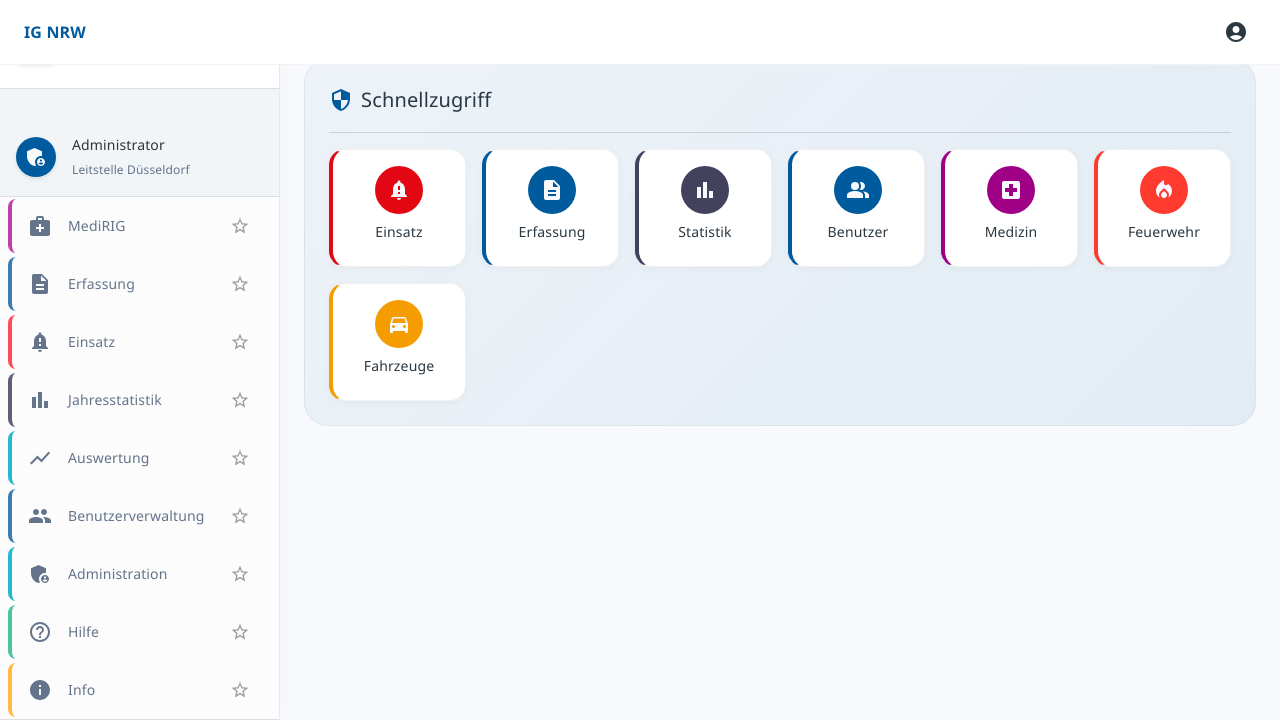
Repository: bynrw/sidebar
Page: /
An editor plug-in stored every save of this project. The page is shown before and after the next save, followed by the edit.
The browser window is 1280 px wide. The pictures show the whole page.
The project was rebuilt for these pictures with package versions that can differ from the ones it lists, and the page was loaded fresh each time. Also part of the build but not shown: src/components/layout/CustomCard.js, src/components/pages/Info.js, src/components/pages/Jahresstatistik.js.

Above is the page before, as saved 2025-04-22 12:13:33.

### public/index.html
<!DOCTYPE html>
<html lang="en">
  <head>
    <meta charset="utf-8" />
    <link rel="icon" href="%PUBLIC_URL%/favicon.ico" />
    <meta name="viewport" content="width=device-width, initial-scale=1" />
    <meta name="theme-color" content="#000000" />
    <meta
      name="description"
      content="Modern React Application with Material UI"
    />
    <link rel="apple-touch-icon" href="%PUBLIC_URL%/logo192.png" />
    <link rel="manifest" href="%PUBLIC_URL%/manifest.json" />
    <link
      rel="stylesheet"
      href="https://fonts.googleapis.com/css?family=Roboto:300,400,500,700&display=swap"
    />
    <title>React App with Modern Sidebar</title>
  </head>
  <body>
    <noscript>You need to enable JavaScript to run this app.</noscript>
    <div id="root"></div>
  </body>
</html>

### src/index.js
import React from 'react';
import ReactDOM from 'react-dom/client';
import { BrowserRouter } from 'react-router-dom';
import App from './App';
import { CssBaseline } from '@mui/material';
import { ThemeProvider, createTheme } from '@mui/material/styles';

// Create a theme instance with modern colors
const theme = createTheme({
  palette: {
    primary: {
      main: '#1976d2',
    },
    secondary: {
      main: '#dc004e',
    },
    background: {
      default: '#f5f5f5',
    },
  },
  typography: {
    fontFamily: '"Roboto", "Helvetica", "Arial", sans-serif',
  },
});

const root = ReactDOM.createRoot(document.getElementById('root'));
root.render(
  <React.StrictMode>
    <ThemeProvider theme={theme}>
      <CssBaseline />
      <BrowserRouter>
        <App />
      </BrowserRouter>
    </ThemeProvider>
  </React.StrictMode>
);

### src/App.js
import React from 'react';
import { Routes, Route } from 'react-router-dom';
import { ThemeProvider, CssBaseline } from '@mui/material';
import theme from './theme';

// Layout
import MainLayout from './components/layout/MainLayout';

// Pages
import HomePage from './components/pages/HomePage';
import Erfassung from './components/pages/Erfassung';
import Auswertung from './components/pages/Auswertung';
import Administration from './components/pages/Administration';
import Hilfe from './components/pages/Hilfe';
import Info from './components/pages/Info';
import Einsatz from './components/pages/Einsatz';
import Benutzerverwaltung from './components/pages/Benutzerverwaltung';
import MediRIG from './components/pages/MediRIG';
import Jahresstatistik from './components/pages/Jahresstatistik';

function App() {
  return (
    <ThemeProvider theme={theme}>
      <CssBaseline />
      <Routes>
        <Route path="/" element={<MainLayout />}>
          <Route index element={<HomePage />} />
          <Route path="erfassung/*" element={<Erfassung />} />
          <Route path="medirig/*" element={<MediRIG />} />
          <Route path="auswertung/*" element={<Auswertung />} />
          <Route path="administration/*" element={<Administration />} />
          <Route path="hilfe/*" element={<Hilfe />} />
          <Route path="info/*" element={<Info />} />
          <Route path="einsatz/*" element={<Einsatz />} />
          <Route path="benutzerverwaltung/*" element={<Benutzerverwaltung />} />
          <Route path="jahresstatistik/*" element={<Jahresstatistik />} />
        </Route>
      </Routes>
    </ThemeProvider>
  );
}

export default App;

### src/components/pages/HomePage.js
import React from 'react';
import {
  Box,
  Typography,
  Grid,
  Paper,
  Card,
  CardContent,
  Avatar,
  Divider,
  useTheme
} from '@mui/material';
import { useNavigate } from 'react-router-dom';
import NotificationImportantIcon from '@mui/icons-material/NotificationImportant';
import PeopleAltIcon from '@mui/icons-material/PeopleAlt';
import LocalHospitalIcon from '@mui/icons-material/LocalHospital';
import DirectionsCarIcon from '@mui/icons-material/DirectionsCar';
import LocalFireDepartmentIcon from '@mui/icons-material/LocalFireDepartment';
import DescriptionIcon from '@mui/icons-material/Description';
import BarChartIcon from '@mui/icons-material/BarChart';
import SecurityIcon from '@mui/icons-material/Security';

// Schnellzugriff-Komponente
const QuickAccessButton = ({ icon, title, path, color, borderStyle }) => {
  const navigate = useNavigate();
  const theme = useTheme();

  return (
    <Card
      elevation={0}
      sx={{
        textAlign: 'center',
        height: '100%',
        cursor: 'pointer',
        borderRadius: 2,
        border: '1px solid rgba(0,0,0,0.05)',
        '&:hover': {
          boxShadow: '0 4px 12px rgba(0,0,0,0.08)',
          transform: 'translateY(-4px)'
        },
        transition: 'transform 0.2s, box-shadow 0.2s',
        ...borderStyle
      }}
      onClick={() => navigate(path)}
    >
      <CardContent sx={{ p: 2 }}>
        <Avatar
          sx={{
            width: 48,
            height: 48,
            mx: 'auto',
            mb: 1,
            bgcolor: theme.palette[color].main
          }}
        >
          {icon}
        </Avatar>
        <Typography variant="body2" fontWeight="medium">
          {title}
        </Typography>
      </CardContent>
    </Card>
  );
};

// Hauptkomponente
function HomePage() {
  const theme = useTheme();

  return (
    <Box>
      {/* Hauptinhalt - nur Schnellzugriff */}
      <Paper
        elevation={0}
        sx={{
          p: 3,
          borderRadius: 3,
          background: 'linear-gradient(135deg, rgba(0, 90, 158, 0.04) 0%, rgba(0, 90, 158, 0.08) 100%)',
          border: '1px solid rgba(0,0,0,0.05)'
        }}
      >
        <Typography variant="h6" gutterBottom sx={{ display: 'flex', alignItems: 'center' }}>
          <SecurityIcon sx={{ mr: 1, color: theme.palette.primary.main }} />
          Schnellzugriff
        </Typography>
        <Divider sx={{ my: 2 }} />
        <Grid container spacing={2}>
          <Grid item xs={6} sm={3} md={2}>
            <QuickAccessButton
              icon={<NotificationImportantIcon />}
              title="Einsatz"
              path="/einsatz"
              color="error"
              borderStyle={{ borderLeft: `4px solid ${theme.palette.error.main}` }}
            />
          </Grid>
          <Grid item xs={6} sm={3} md={2}>
            <QuickAccessButton
              icon={<DescriptionIcon />}
              title="Erfassung"
              path="/erfassung"
              color="primary"
              borderStyle={{ borderLeft: `4px solid ${theme.palette.primary.main}` }}
            />
          </Grid>
          <Grid item xs={6} sm={3} md={2}>
            <QuickAccessButton
              icon={<BarChartIcon />}
              title="Statistik"
              path="/auswertung/statistiken"
              color="secondary"
              borderStyle={{ borderLeft: `4px solid ${theme.palette.secondary.main}` }}
            />
          </Grid>
          <Grid item xs={6} sm={3} md={2}>
            <QuickAccessButton
              icon={<PeopleAltIcon />}
              title="Benutzer"
              path="/benutzerverwaltung"
              color="primary"
              borderStyle={{ borderLeft: `4px solid ${theme.palette.primary.main}` }}
            />
          </Grid>
          <Grid item xs={6} sm={3} md={2}>
            <QuickAccessButton
              icon={<LocalHospitalIcon />}
              title="Medizin"
              path="/erfassung/sirene"
              color="medical"
              borderStyle={{ borderLeft: `4px solid ${theme.palette.medical.main}` }}
            />
          </Grid>
          <Grid item xs={6} sm={3} md={2}>
            <QuickAccessButton
              icon={<LocalFireDepartmentIcon />}
              title="Feuerwehr"
              path="/einsatz/planung"
              color="fire"
              borderStyle={{ borderLeft: `4px solid ${theme.palette.fire.main}` }}
            />
          </Grid>
          <Grid item xs={6} sm={3} md={2}>
            <QuickAccessButton
              icon={<DirectionsCarIcon />}
              title="Fahrzeuge"
              path="/einsatz/fahrzeuge"
              color="warning"
              borderStyle={{ borderLeft: `4px solid ${theme.palette.warning.main}` }}
            />
          </Grid>
        </Grid>
      </Paper>
    </Box>
  );
}

export default HomePage;

### src/components/pages/Hilfe.js
import React from 'react';
import { Box, Typography, Paper, Breadcrumbs, Link, Container, Grid, Card, CardContent, CardActions, Button } from '@mui/material';
import { Routes, Route, Link as RouterLink, useLocation, useNavigate } from 'react-router-dom';
import NavigateNextIcon from '@mui/icons-material/NavigateNext';
import MenuBookIcon from '@mui/icons-material/MenuBook';
import SchoolIcon from '@mui/icons-material/School';
import QuestionAnswerIcon from '@mui/icons-material/QuestionAnswer';
import theme from '../../theme';

// Untermenü-Struktur
const subMenuItems = [
  {
    title: 'Dokumentation',
    description: 'Vollständige Systemdokumentation einsehen',
    icon: <MenuBookIcon fontSize="large" sx={{ color: 'success.main' }} />,
    path: '/hilfe/dokumentation'
  },
  {
    title: 'Tutorial',
    description: 'Schritt-für-Schritt Anleitungen folgen',
    icon: <SchoolIcon fontSize="large" sx={{ color: 'success.main' }} />,
    path: '/hilfe/tutorial'
  },
  {
    title: 'FAQ',
    description: 'Antworten auf häufig gestellte Fragen',
    icon: <QuestionAnswerIcon fontSize="large" sx={{ color: 'success.main' }} />,
    path: '/hilfe/faq'
  }
];

// Subpages
const Dokumentation = () => (
  <Paper sx={{ p: 3 }}>
    <Typography variant="h5" gutterBottom>Dokumentation</Typography>
    <Typography variant="body1">Ausführliche Dokumentation zum System.</Typography>
  </Paper>
);

const Tutorial = () => (
  <Paper sx={{ p: 3 }}>
    <Typography variant="h5" gutterBottom>Tutorial</Typography>
    <Typography variant="body1">Schritt-für-Schritt Anleitungen für Systemfunktionen.</Typography>
  </Paper>
);

const FAQ = () => (
  <Paper sx={{ p: 3 }}>
    <Typography variant="h5" gutterBottom>FAQ</Typography>
    <Typography variant="body1">Häufig gestellte Fragen und deren Antworten.</Typography>
  </Paper>
);

function Hilfe() {
  const location = useLocation();
  const navigate = useNavigate();
  const pathSegments = location.pathname.split('/').filter(Boolean);

  return (
    <Container maxWidth="lg">
      <Box sx={{ mb: 4 }}>
        <Typography variant="h4" gutterBottom>Hilfe</Typography>
        <Breadcrumbs
          separator={<NavigateNextIcon fontSize="small" />}
          aria-label="breadcrumb"
          sx={{ mb: 3 }}
        >
          <Link component={RouterLink} to="/" underline="hover" color="inherit">
            Home
          </Link>
          <Link component={RouterLink} to="/hilfe" underline="hover" color="inherit">
            Hilfe
          </Link>
          {pathSegments.length > 1 && (
            <Typography color="text.primary">
              {pathSegments[1].charAt(0).toUpperCase() + pathSegments[1].slice(1)}
            </Typography>
          )}
        </Breadcrumbs>
      </Box>

      <Box sx={{ mb: 3 }}>
        <Routes>
          <Route index element={
            <Box>
              <Typography variant="h5" gutterBottom sx={{ mb: 3 }}>Hilfebereich</Typography>
              <Typography variant="body1" paragraph>
                In diesem Bereich finden Sie Hilfestellungen, Dokumentationen und Tutorials zur Verwendung des Systems.
              </Typography>

              <Grid container spacing={3}>
                {subMenuItems.map((item) => (
                  <Grid item xs={12} sm={6} md={4} key={item.title}>
                    <Card
                      sx={{
                        height: '100%',
                        display: 'flex',
                        flexDirection: 'column',
                        transition: 'transform 0.2s, box-shadow 0.2s',
                        '&:hover': {
                          transform: 'translateY(-5px)',
                          boxShadow: 4,
                        },
                        cursor: 'pointer',
                        borderRadius: 3,
                        border: '1px solid rgba(0,0,0,0.05)',
                        borderLeft: `4px solid ${theme.palette.success.main}`
                      }}
                      onClick={() => navigate(item.path)}
                    >
                      <CardContent sx={{ padding: 3, flexGrow: 1, display: 'flex', flexDirection: 'column', alignItems: 'center', textAlign: 'center' }}>
                        <Box sx={{ mb: 2, display: 'flex', justifyContent: 'center' }}>
                          {item.icon}
                        </Box>
                        <Typography variant="h6" component="h2" gutterBottom>
                          {item.title}
                        </Typography>
                        <Typography variant="body2" color="text.secondary">
                          {item.description}
                        </Typography>
                      </CardContent>
                      <CardActions sx={{ justifyContent: 'center', pb: 2 }}>
                        <Button size="small" color="success" onClick={() => navigate(item.path)}>
                          Öffnen
                        </Button>
                      </CardActions>
                    </Card>
                  </Grid>
                ))}
              </Grid>
            </Box>
          } />
          <Route path="dokumentation" element={<Dokumentation />} />
          <Route path="tutorial" element={<Tutorial />} />
          <Route path="faq" element={<FAQ />} />
        </Routes>
      </Box>
    </Container>
  );
}

export default Hilfe;

### src/components/pages/MediRIG.js
import React from 'react';
import { Box, Typography, Paper, Breadcrumbs, Link, Container, Grid } from '@mui/material';
import { Routes, Route, Link as RouterLink, useLocation, useNavigate } from 'react-router-dom';
import NavigateNextIcon from '@mui/icons-material/NavigateNext';
import PeopleAltIcon from '@mui/icons-material/PeopleAlt';
import LocalHospitalIcon from '@mui/icons-material/LocalHospital';
import SearchIcon from '@mui/icons-material/Search';
import CustomCard from '../layout/CustomCard';

// MediRIG Untermenüs
const mediRIGSubMenuItems = [
  {
    title: 'Teilnehmer Bettnachweis',
    description: 'Verwaltung der Teilnehmer am Bettennachweis',
    icon: <PeopleAltIcon fontSize="large" sx={{ color: 'medical.main' }} />,
    path: '/medirig/teilnehmer-bettnachweis',
    borderStyle: {
      borderLeft: '4px solid',
      borderColor: 'medical.main'
    }
  },
  {
    title: 'Krankenhausdaten',
    description: 'Daten der Krankenhäuser verwalten',
    icon: <LocalHospitalIcon fontSize="large" sx={{ color: 'medical.main' }} />,
    path: '/medirig/krankenhausdaten',
    borderStyle: {
      borderLeft: '4px solid',
      borderColor: 'medical.main'
    }
  },
  {
    title: 'Krankenhaussuche',
    description: 'Krankenhäuser nach verschiedenen Kriterien suchen',
    icon: <SearchIcon fontSize="large" sx={{ color: 'medical.main' }} />,
    path: '/medirig/krankenhaussuche',
    borderStyle: {
      borderLeft: '4px solid',
      borderColor: 'medical.main'
    }
  }
];

// MediRIG Subcomponents
const TeilnehmerBettnachweis = () => (
  <Paper sx={{ p: 3 }}>
    <Typography variant="h5" gutterBottom>Teilnehmer Bettnachweis</Typography>
    <Typography variant="body1">Verwaltung und Übersicht aller Teilnehmer am Bettennachweis.</Typography>
  </Paper>
);

const Krankenhausdaten = () => (
  <Paper sx={{ p: 3 }}>
    <Typography variant="h5" gutterBottom>Krankenhausdaten</Typography>
    <Typography variant="body1">Hier können Sie die Daten der Krankenhäuser einsehen und bearbeiten.</Typography>
  </Paper>
);

const Krankenhaussuche = () => (
  <Paper sx={{ p: 3 }}>
    <Typography variant="h5" gutterBottom>Krankenhaussuche</Typography>
    <Typography variant="body1">Suchen Sie nach Krankenhäusern anhand verschiedener Kriterien.</Typography>
  </Paper>
);

function MediRIG() {
  const location = useLocation();
  const navigate = useNavigate();
  const pathSegments = location.pathname.split('/').filter(Boolean);

  return (
    <Container maxWidth="lg">
      <Box sx={{ mb: 4 }}>
        <Typography variant="h4" gutterBottom>MediRIG</Typography>
        <Breadcrumbs
          separator={<NavigateNextIcon fontSize="small" />}
          aria-label="breadcrumb"
          sx={{ mb: 3 }}
        >
          <Link component={RouterLink} to="/" underline="hover" color="inherit">
            Home
          </Link>
          <Link component={RouterLink} to="/medirig" underline="hover" color="inherit">
            MediRIG
          </Link>
          {pathSegments.length > 1 && (
            <Typography color="text.primary">
              {pathSegments[1].split('-').map(word => word.charAt(0).toUpperCase() + word.slice(1)).join(' ')}
            </Typography>
          )}
        </Breadcrumbs>
      </Box>

      <Box sx={{ mb: 3 }}>
        <Routes>
          <Route index element={
            <Box>
              <Typography variant="h5" gutterBottom sx={{ mb: 3 }}>MediRIG - Medizinisches Rettungsinformationsgerät</Typography>
              <Typography variant="body1" paragraph>
                MediRIG unterstützt medizinisches Personal bei der Erfassung und Dokumentation von Patientendaten im Rettungseinsatz.
              </Typography>

              <Grid container spacing={3}>
                {mediRIGSubMenuItems.map((item) => (
                  <Grid item xs={12} sm={6} md={4} key={item.title}>
                    <CustomCard
                      title={item.title}
                      description={item.description}
                      icon={item.icon}
                      path={item.path}
                      accentColor="medical.main"
                    />
                  </Grid>
                ))}
              </Grid>
            </Box>
          } />

          {/* MediRIG Untermenüs */}
          <Route path="teilnehmer-bettnachweis" element={<TeilnehmerBettnachweis />} />
          <Route path="krankenhausdaten" element={<Krankenhausdaten />} />
          <Route path="krankenhaussuche" element={<Krankenhaussuche />} />
        </Routes>
      </Box>
    </Container>
  );
}

export default MediRIG;

Loaded but not shown: src/components/layout/MainLayout.js (1458 lines, source omitted); src/components/pages/Erfassung.js (883 lines, source omitted); src/components/pages/Auswertung.js (332 lines, source omitted); src/components/pages/Administration.js (310 lines, source omitted); src/components/pages/Benutzerverwaltung.js (314 lines, source omitted); src/components/pages/Einsatz.js (238 lines, source omitted); src/theme.js (324 lines, source omitted)

After the next save:
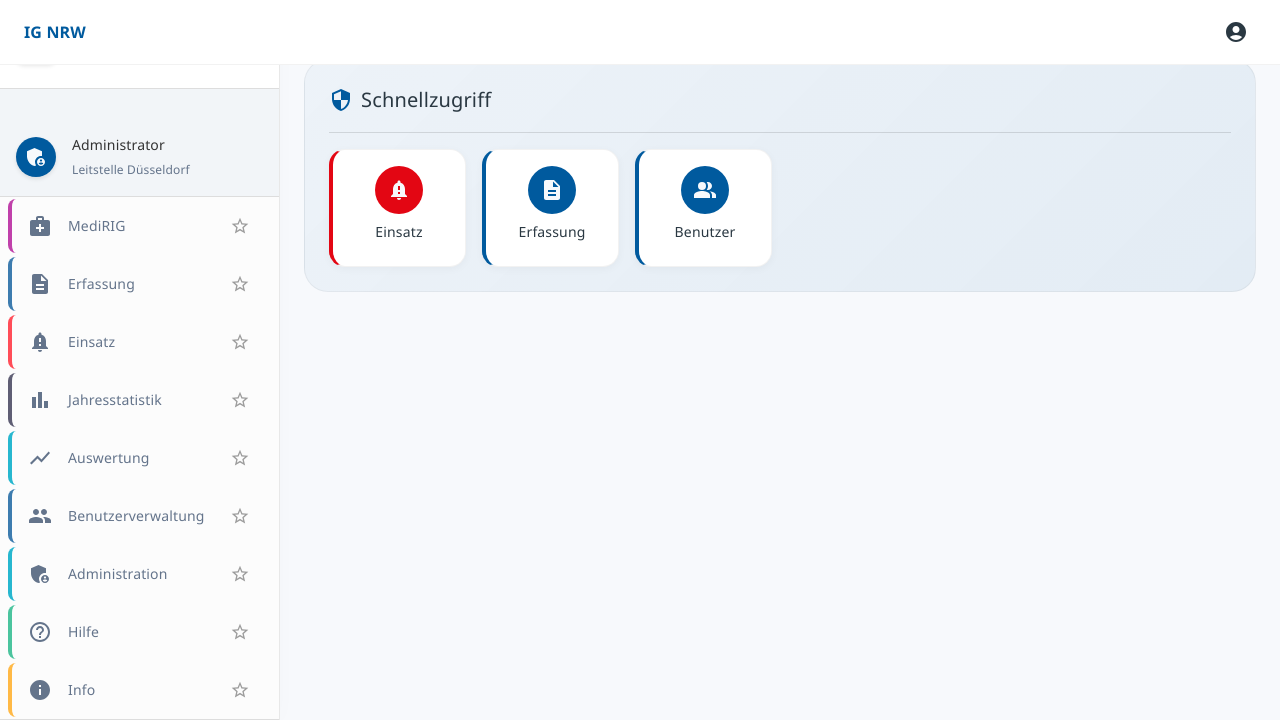
Saved 2 min 8 s later.
--- a/src/components/pages/HomePage.js
+++ b/src/components/pages/HomePage.js
@@ -103,15 +103,7 @@ function HomePage() {
               borderStyle={{ borderLeft: `4px solid ${theme.palette.primary.main}` }}
             />
           </Grid>
-          <Grid item xs={6} sm={3} md={2}>
-            <QuickAccessButton
-              icon={<BarChartIcon />}
-              title="Statistik"
-              path="/auswertung/statistiken"
-              color="secondary"
-              borderStyle={{ borderLeft: `4px solid ${theme.palette.secondary.main}` }}
-            />
-          </Grid>
+
           <Grid item xs={6} sm={3} md={2}>
             <QuickAccessButton
               icon={<PeopleAltIcon />}
@@ -121,33 +113,6 @@ function HomePage() {
               borderStyle={{ borderLeft: `4px solid ${theme.palette.primary.main}` }}
             />
           </Grid>
-          <Grid item xs={6} sm={3} md={2}>
-            <QuickAccessButton
-              icon={<LocalHospitalIcon />}
-              title="Medizin"
-              path="/erfassung/sirene"
-              color="medical"
-              borderStyle={{ borderLeft: `4px solid ${theme.palette.medical.main}` }}
-            />
-          </Grid>
-          <Grid item xs={6} sm={3} md={2}>
-            <QuickAccessButton
-              icon={<LocalFireDepartmentIcon />}
-              title="Feuerwehr"
-              path="/einsatz/planung"
-              color="fire"
-              borderStyle={{ borderLeft: `4px solid ${theme.palette.fire.main}` }}
-            />
-          </Grid>
-          <Grid item xs={6} sm={3} md={2}>
-            <QuickAccessButton
-              icon={<DirectionsCarIcon />}
-              title="Fahrzeuge"
-              path="/einsatz/fahrzeuge"
-              color="warning"
-              borderStyle={{ borderLeft: `4px solid ${theme.palette.warning.main}` }}
-            />
-          </Grid>
         </Grid>
       </Paper>
     </Box>
